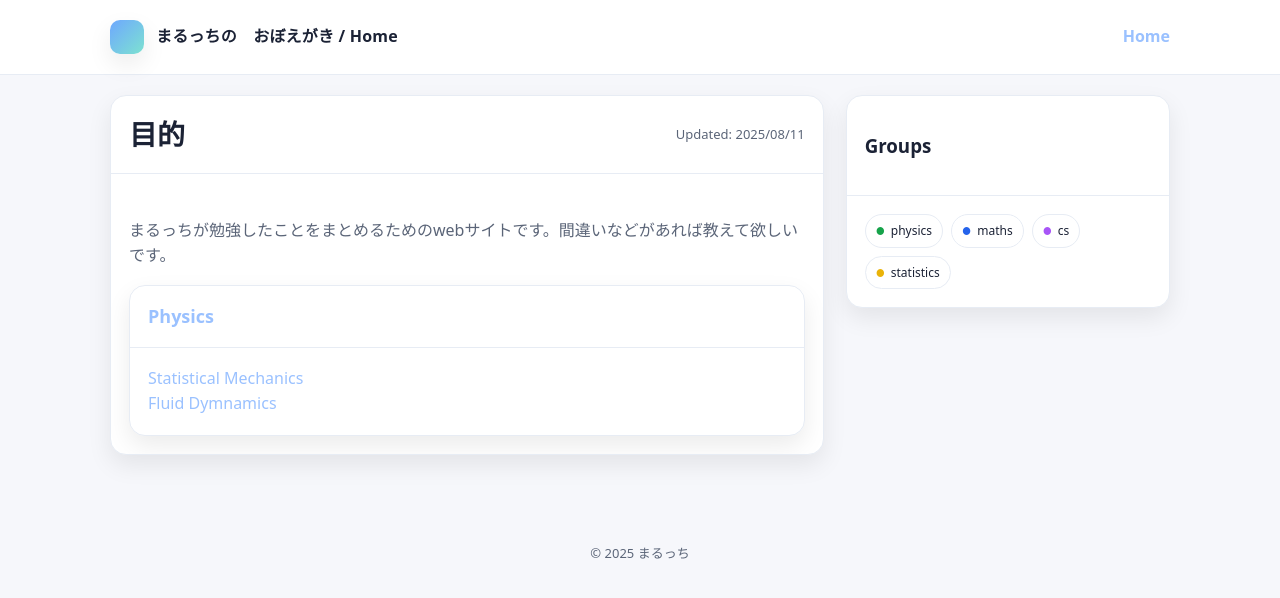
Repository: Riki-Mochimaru/tureduretunedune
Page: index.html
The author's editor kept a copy of each file at every save. The page is drawn from the files as they stood at one save, then again after the next save.
The browser window is 1280 px wide. The pictures show the whole page.

Above is the page before, as saved 2025-08-12 00:07:19.

After the next save:
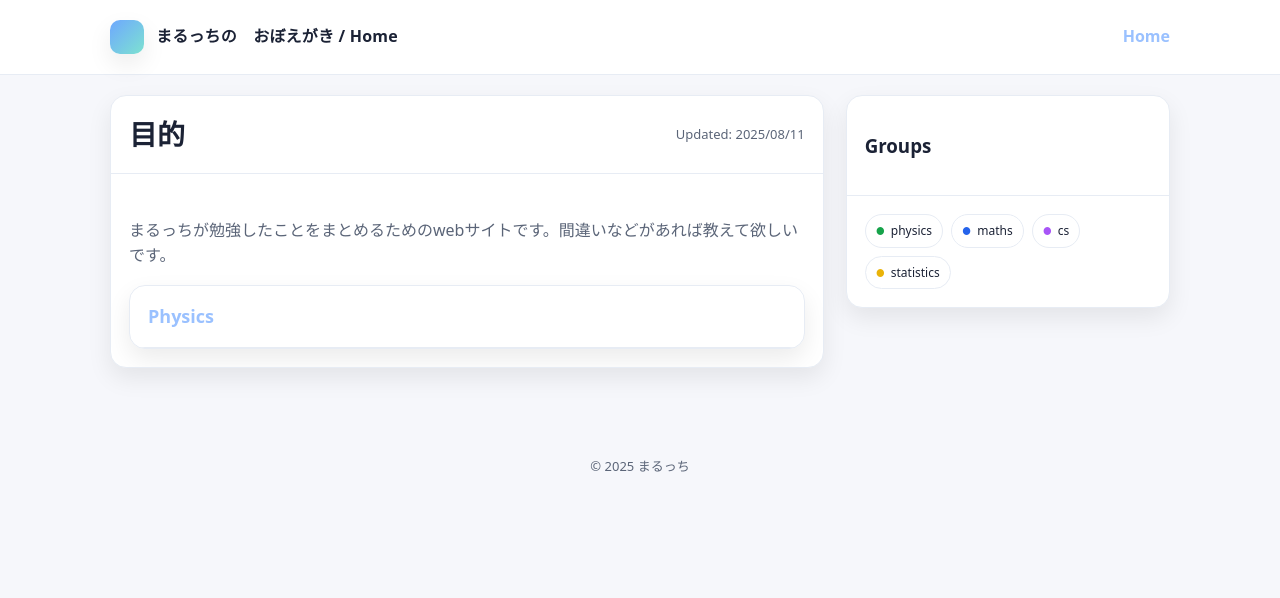
Saved 7 s later.
--- a/index.html
+++ b/index.html
@@ -37,11 +37,6 @@
               <div class="hd"><h2 style="font-size:18px; margin:0;">
               <a href="physics/">Physics</a>
               </h2></div>
-              <div class="bd">
-                <div><a href="physics/SM/">Statistical Mechanics</a>
-                </div>
-                <div><a href="physics/FluidDynamics/">Fluid Dymnamics</a>
-                </div>
             </article>
 
 
